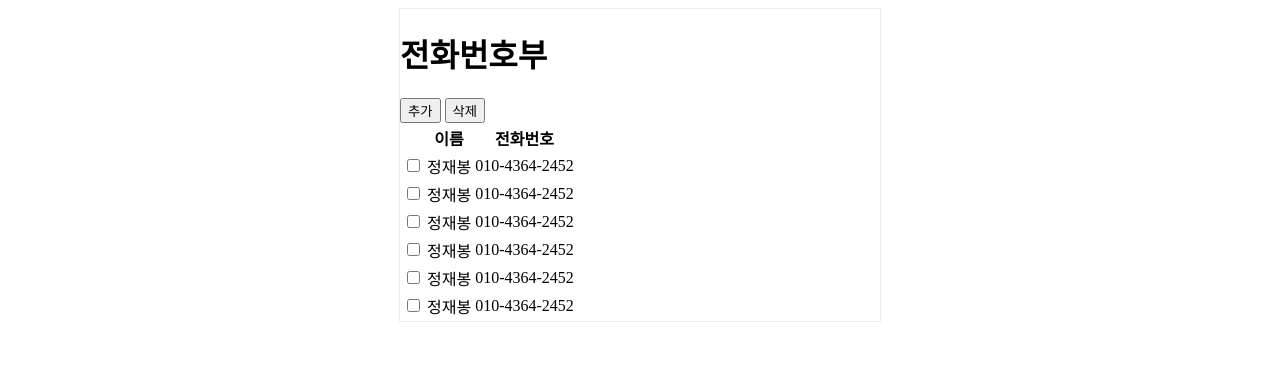
Repository: limjh0513/DGSW_JAVA
Page: http://localhost/web/phoneBook/phoneBook.html
The author's editor kept a copy of each file at every save. The page is drawn from the files as they stood at one save, then again after a run of saves.
The browser window is 1280 px wide. The pictures show the whole page.
The page is served by Tomcat 9.

Above is the page before, as saved 2021-11-03 02:11:22.

After the next 2 saves:
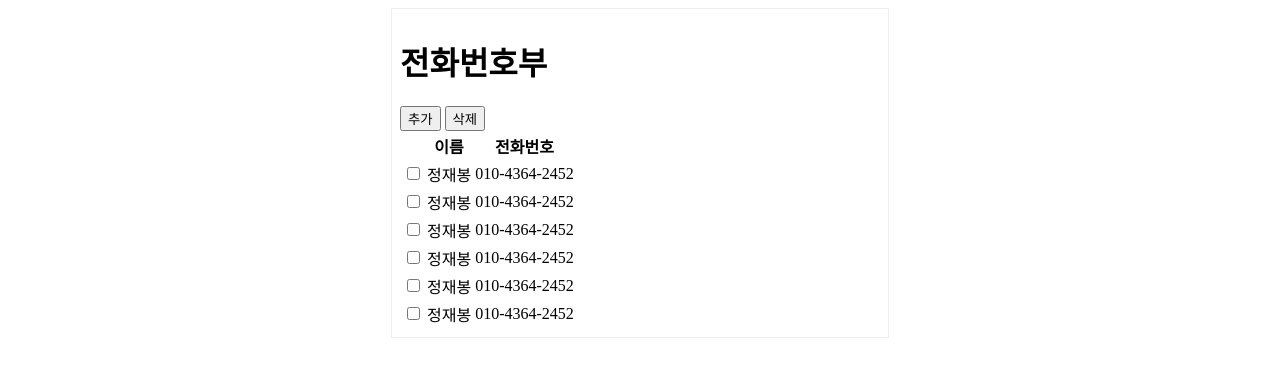
The 2 saves are shown as one change because they came seconds apart.
The last was saved 25 s later.
--- a/2학기/JAVA_WEB/web/src/main/webapp/phoneBook/css/phoneBook.css
+++ b/2학기/JAVA_WEB/web/src/main/webapp/phoneBook/css/phoneBook.css
@@ -4,4 +4,5 @@
 	width: 30rem;
 	border: 1px solid #EEE;
 	margin: 0.5rem auto 0 auto;
+	padding: 0.5rem;
 }
